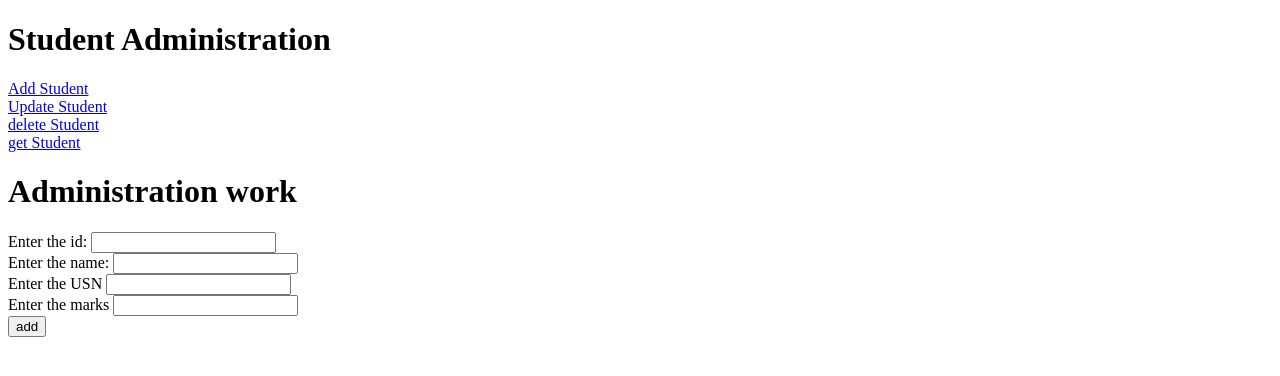
Repository: Anandnand/Web-Application
Page: http://localhost/addStudent
The author's editor kept a copy of each file at every save. The page is drawn from the files as they stood at one save, then again after the next save.
The browser window is 1280 px wide. The pictures show the whole page.
The page is this project's Thymeleaf template; nobody is signed in. The template is opened directly, without the code that normally fills it, so the values that code supplies are empty.

Above is the page before, as saved 2024-03-25 16:42:09.

After the next save:
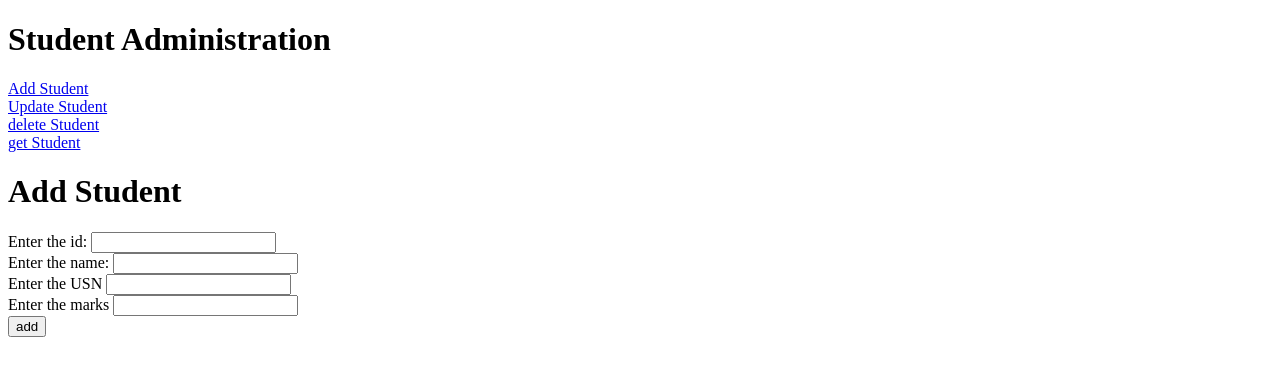
Saved 22 s later.
--- a/Login/src/main/resources/templates/addStudent.html
+++ b/Login/src/main/resources/templates/addStudent.html
@@ -18,7 +18,7 @@
 	</div>
 
 <div>
-<h1>Administration work</h1>
+<h1>Add Student</h1>
 </div>
 
 
@@ -37,8 +37,9 @@
 <input type="text" name="marks" class="add" >
 <br>
 <input type="submit" name="submit" value="add"/>
+</form>
+
 </div>
-</form>
 
 
 </body>
